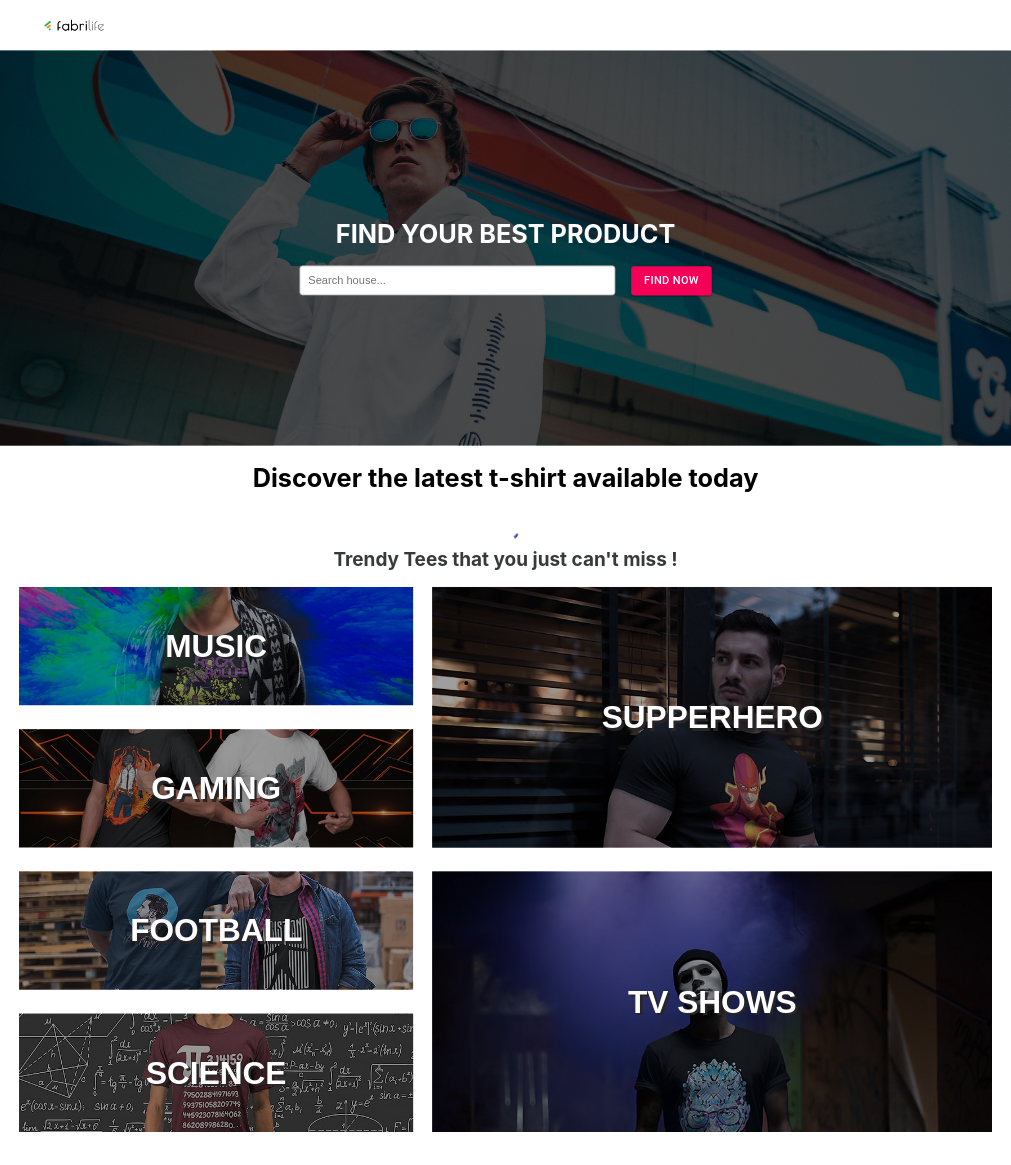
Repository: arif286/fabrilife-E-commerce-client-site
Page: /
The author's editor kept a copy of each file at every save. The page is drawn from the files as they stood at one save, then again after the next save.
The browser window is 1280 px wide. The pictures show the whole page, at 79% of full size.
The page's requests for data from a server got no answer. The project was rebuilt for these pictures with package versions that can differ from the ones it lists, and the page was loaded fresh each time. No one was signed in, and anything a server would have sent is missing. Also part of the build but not shown: src/components/Admin/Admin.css, src/components/Admin/AddEvent/AddEvent.css, src/components/Admin/AddEvent/AddEvent.js, src/components/Admin/ProductManage/ProductManage.js, src/components/Admin/Sidebar/Sidebar.css, src/components/Admin/Sidebar/Sidebar.js, src/components/Admin/Admin.js, src/components/CheckOut/CheckOut.css and 8 more.

Above is the page before, as saved 2021-04-01 02:05:12.

After the next save:
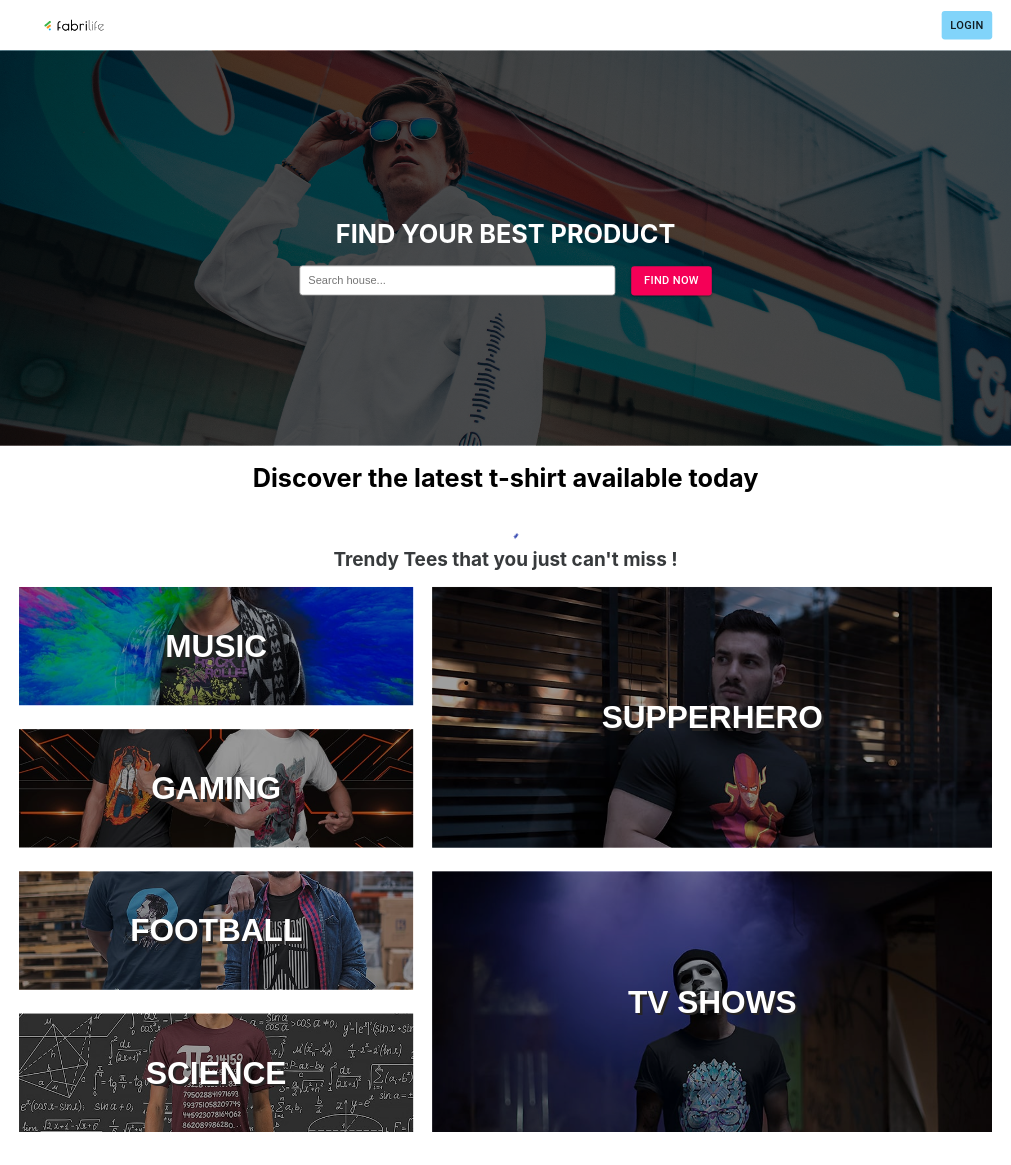
Saved 20 min 22 s later.
--- a/src/components/Header/Header.js
+++ b/src/components/Header/Header.js
@@ -1,6 +1,6 @@
 import AppBar from "@material-ui/core/AppBar";
 import Button from "@material-ui/core/Button";
-import { makeStyles } from "@material-ui/core/styles";
+import { createMuiTheme, makeStyles } from "@material-ui/core/styles";
 import Toolbar from "@material-ui/core/Toolbar";
 import Typography from "@material-ui/core/Typography";
 import React from "react";
@@ -8,6 +8,21 @@
 import logo from "../../tshirt-shop/logos/fabrilife.svg";
 import "./Header.css";
 
+
+
+const theme = createMuiTheme({
+  palette: {
+    primary: {
+      light: "#757ce8",
+      main: "#3f50b5",
+      dark: "#002884",
+      contrastText: "#fff",
+    },
+    secondary: {
+      main: "#4fc3f7",
+    },
+  },
+});
 const useStyles = makeStyles((theme) => ({
   root: {
     flexGrow: 1,
@@ -19,8 +34,11 @@
     flexGrow: 1,
   },
   navbar: {
-    backgroundColor: 'white'
-  }
+    backgroundColor: "white",
+  },
+  button: {
+    backgroundColor: "#81d4fa",
+  },
 }));
 
 const Header = () => {
@@ -35,14 +53,6 @@
             src={logo}
             alt=""
           />
-          {/* <IconButton
-              edge="start"
-              className={classes.menuButton}
-              color="inherit"
-              aria-label="menu"
-            >
-              <MenuIcon />
-            </IconButton> */}
           <Typography variant="h6" className={classes.title}></Typography>
           <NavLink className="header-link" to="/home">
             <Button color="inherit">Home</Button>
@@ -57,7 +67,7 @@
             <Button color="inherit">Admin</Button>
           </NavLink>
           <NavLink className="header-link" to="/login">
-            <Button color="inherit">Login</Button>
+            <Button className={classes.button}>Login</Button>
           </NavLink>
         </Toolbar>
       </AppBar>
